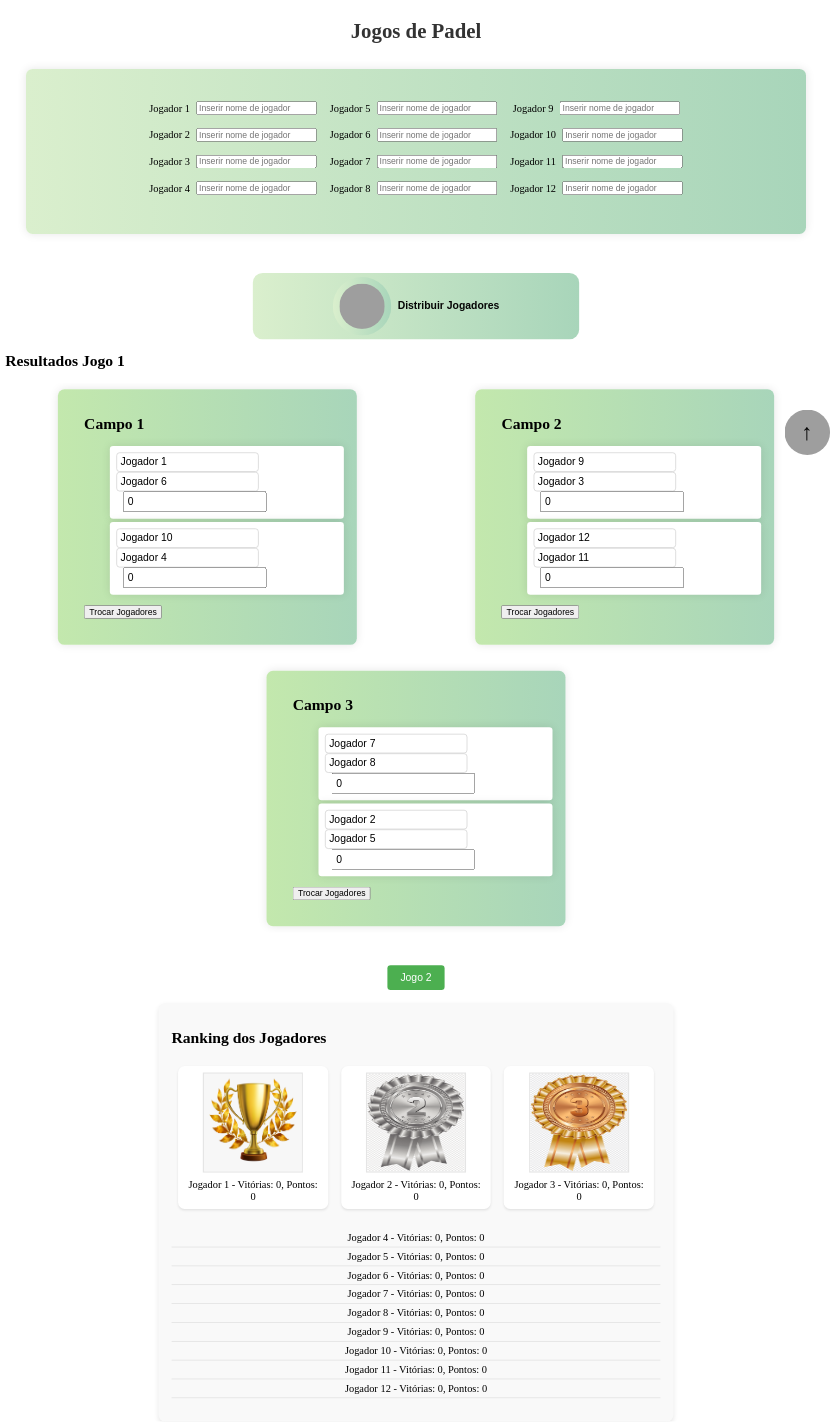
Repository: MarcioMiguel22/PadelMaster
Page: /calculadora, after clicking the first element matching `button.DistributeButton_2b358_distributeButton`
These files come from the project's save history. The page is drawn as it stood at one moment and after the next save; the edit follows.
The browser window is 1280 px wide. The pictures show the whole page, at 65% of full size.
Pictures or frames that could not be fetched are drawn as grey boxes. The project was rebuilt for these pictures with package versions that can differ from the ones it lists, and the page was loaded fresh each time. Also part of the build but not shown: vite.config.ts, src/pages/Home/Home.tsx, src/pages/Player/playerComponent.module.css, src/pages/Player/playerComponent.tsx, src/index.css.

Above is the page before, as saved 2024-06-18 00:59:38.

### src/main.tsx
///home/marciomiguel/code/MarcioMiguel22/Sites/PadelMaster/src/main.tsx
import { render } from 'react-dom';
import { StrictMode } from 'react';
import App from './App';
import './index.css';

const root = document.getElementById('root')!;
render(
  <StrictMode>
    <App />
  </StrictMode>,
  root
);

### src/App.tsx

///home/marciomiguel/code/MarcioMiguel22/Sites/PadelMaster/src/App.tsx

import { BrowserRouter, Routes, Route } from 'react-router-dom';
import Home from './pages/Home/Home';
import Calculadora from './pages/Calculadora/Calculadora';
import PlayerComponent from './pages/Player/playerComponent';
function App() {
  return (
    <BrowserRouter>
      <Routes>
        <Route path="/" element={<Home />} />
        <Route path="/calculadora" element={<Calculadora />} /> // Wrap Calculadora component with curly braces
        <Route path="/player-component" element={<PlayerComponent />} />
      </Routes>
    </BrowserRouter>
  );
}

export default App

### src/pages/Home/Home.module.css
.padelContainer {
  display: flex;
  flex-direction: column;
  align-items: center;
  justify-content: center;
  text-align: center;
  background-color: white;
  padding: 20px;
  border-radius: 10px;
  box-shadow: 0 0 10px rgba(0, 0, 0, 0.1);
  height: 100vh;
}

h1 {
  color: #333;
  margin-bottom: 20px;
}

.content {
  display: flex;
  flex-direction: column;
  align-items: center;
}

.padelImage {
  max-width: 50%;
  width: 1000px; /* Adjust this if necessary */
  height: auto;
  border-radius: 10px;
  margin-bottom: 20px;
  position: relative; /* Add this */
}



.enterButton {
  background-image: url('../../assets/images/tennis-ball.png'); /* Ensure the path is correct */
  background-size: cover;
  width: 60px;
  height: 60px;
  border: none;
  border-radius: 50%;
  cursor: pointer;
}

.enterButton:hover {
  transform: scale(2.0);
}

### src/components/components_calculadora/JogadoresLista.tsx
import React, { useRef } from 'react';
import JogadorItem, { InputRef } from './JogadorItem'; // Importando o JogadorItem e InputRef
import { Jogador } from '../../utils/types/types'; // Importando o tipo Jogador

interface JogadoresListaProps {
  jogadores: Jogador[];
  handleNomeChange: (id: number, novoNome: string) => void;
}

const JogadoresLista: React.FC<JogadoresListaProps> = ({ jogadores, handleNomeChange }) => {
  const inputRefs = useRef<(InputRef | null)[]>([]);

  const focusNextInput = (index: number) => {
    if (index < inputRefs.current.length - 1) {
      inputRefs.current[index + 1]?.focus();
    }
  };

  return (
    <div className="jogadores-lista">
      {Array.from({ length: 3 }, (_, i) => (
        <div className="jogadores-coluna" key={i}>
          {jogadores.slice(i * 4, (i + 1) * 4).map((jogador, jIndex) => (
            <JogadorItem
              key={jogador.id}
              jogador={jogador}
              handleNomeChange={handleNomeChange}
              focusNextInput={() => focusNextInput(i * 4 + jIndex)}
              ref={(el) => (inputRefs.current[i * 4 + jIndex] = el)}
            />
          ))}
        </div>
      ))}
    </div>
  );
};

export default JogadoresLista;

### src/components/components_calculadora/Jogo.tsx
import React from 'react';
import Campo from './Campo';
import { Campo as CampoType } from '../../utils/types/types'; // Importando o tipo Campo corretamente

interface JogoProps {
  jogo: CampoType[]; // Usando o tipo importado para definir a propriedade jogo
  jogoIndex: number;
  handleResultadoChange: (jogoIndex: number, campoId: number, timeIndex: number, novoResultado: number) => void;
  handleNomeEdit: (jogoIndex: number, campoId: number, timeIndex: number, jogadorIndex: number, novoNome: string) => void;
  getTeamClass: (campo: CampoType, timeIndex: number) => string;
  trocarJogadores: (campoId: number) => void; // Adicione a nova propriedade
}

const Jogo: React.FC<JogoProps> = ({ jogo, jogoIndex, handleResultadoChange, handleNomeEdit, getTeamClass, trocarJogadores }) => (
  <div className="jogo">
    <h2>Resultados Jogo {jogoIndex + 1}</h2>
    <div className="campos">
      {jogo.map(campo => (
        <Campo
          key={campo.id}
          campo={campo}
          jogoIndex={jogoIndex}
          handleResultadoChange={handleResultadoChange}
          handleNomeEdit={handleNomeEdit}
          getTeamClass={getTeamClass}
          trocarJogadores={trocarJogadores} // Passe a propriedade para o Campo
        />
      ))}
    </div>
  </div>
);

export default Jogo;

### src/components/components_calculadora/Ranking.tsx
import React from 'react';
import ouro from '../../assets/images/ouro.png';
import prata from '../../assets/images/prata.png';
import bronze from '../../assets/images/bronze.png';
import styles from './Ranking.module.css';

interface Jogador {
  id: number;
  nome: string;
  vitorias: number;
  pontos: number;
}

interface RankingProps {
  jogadoresClassificados: Jogador[];
}

const Ranking: React.FC<RankingProps> = ({ jogadoresClassificados }) => {
  const top3 = jogadoresClassificados.slice(0, 3);
  const outrosJogadores = jogadoresClassificados.slice(3);

  const medalhas = [ouro, prata, bronze];

  return (
    <div className={styles.rankingContainer}>
      <h2>Ranking dos Jogadores</h2>
      <div className={styles.top3Container}>
        {top3.map((jogador, index) => (
          <div key={jogador.id} className={styles.top3Item}>
            <img src={medalhas[index]} alt={`Medalha de ${index + 1}`} className={styles.medalha} />
            {jogador.nome} - Vitórias: {jogador.vitorias}, Pontos: {jogador.pontos}
          </div>
        ))}
      </div>
      <ul className={styles.outrosJogadores}>
        {outrosJogadores.map((jogador) => (
          <li key={jogador.id}>
            {jogador.nome} - Vitórias: {jogador.vitorias}, Pontos: {jogador.pontos}
          </li>
        ))}
      </ul>
    </div>
  );
};

export default Ranking;

### src/components/components_calculadora/logic/gameLogic.ts
import { Jogador, Campo as CampoType } from '../../../utils/types/types';

export const separarDuplas = (jogadores: Jogador[]): Jogador[] => {
  const separados: Jogador[] = [];
  while (jogadores.length) {
    const [jogador1, jogador2] = jogadores.splice(0, 2);
    separados.push(jogador1);
    if (jogador2) separados.push(jogador2);
  }
  return separados;
};

export const iniciarProximoJogo = (jogos: CampoType[][], setJogos: React.Dispatch<React.SetStateAction<CampoType[][]>>) => {
  const ultimoJogo = jogos[jogos.length - 1];
  const novosCampos: CampoType[] = [
    { id: 1, times: [] },
    { id: 2, times: [] },
    { id: 3, times: [] },
  ];

  const campo1 = ultimoJogo.find(campo => campo.id === 1);
  const campo2 = ultimoJogo.find(campo => campo.id === 2);
  const campo3 = ultimoJogo.find(campo => campo.id === 3);

  if (campo1 && campo2 && campo3) {
    const [time1Campo1, time2Campo1] = campo1.times;
    const [time1Campo2, time2Campo2] = campo2.times;
    const [time1Campo3, time2Campo3] = campo3.times;

    // Vencedores e perdedores dos campos
    const vencedoresCampo1 = time1Campo1.resultado > time2Campo1.resultado ? time1Campo1.jogadores : time2Campo1.jogadores;
    const perdedoresCampo1 = time1Campo1.resultado > time2Campo1.resultado ? time2Campo1.jogadores : time1Campo1.jogadores;

    const vencedoresCampo2 = time1Campo2.resultado > time2Campo2.resultado ? time1Campo2.jogadores : time2Campo2.jogadores;
    const perdedoresCampo2 = time1Campo2.resultado > time2Campo2.resultado ? time2Campo2.jogadores : time1Campo2.jogadores;

    const vencedoresCampo3 = time1Campo3.resultado > time2Campo3.resultado ? time1Campo3.jogadores : time2Campo3.jogadores;
    const perdedoresCampo3 = time1Campo3.resultado > time2Campo3.resultado ? time2Campo3.jogadores : time1Campo3.jogadores;

    // Atualizar pontuação dos jogadores
    const margemVitoriaCampo1 = Math.abs(time1Campo1.resultado - time2Campo1.resultado);
    const margemVitoriaCampo2 = Math.abs(time1Campo2.resultado - time2Campo2.resultado);
    const margemVitoriaCampo3 = Math.abs(time1Campo3.resultado - time2Campo3.resultado);

    vencedoresCampo1.forEach(jogador => {
      jogador.vitorias += 1;
      jogador.pontos += margemVitoriaCampo1;
    });

    vencedoresCampo2.forEach(jogador => {
      jogador.vitorias += 1;
      jogador.pontos += margemVitoriaCampo2;
    });

    vencedoresCampo3.forEach(jogador => {
      jogador.vitorias += 1;
      jogador.pontos += margemVitoriaCampo3;
    });

    // Campo 1: vencedores do campo 1 e vencedores do campo 2
    novosCampos[0].times.push(
      { jogadores: [vencedoresCampo1[0], vencedoresCampo2[0]], resultado: 0 },
      { jogadores: [vencedoresCampo1[1], vencedoresCampo2[1]], resultado: 0 }
    );

    // Campo 2: perdedores do campo 1 e vencedores do campo 3
    novosCampos[1].times.push(
      { jogadores: [perdedoresCampo1[0], vencedoresCampo3[0]], resultado: 0 },
      { jogadores: [perdedoresCampo1[1], vencedoresCampo3[1]], resultado: 0 }
    );

    // Campo 3: perdedores do campo 2 e perdedores do campo 3
    novosCampos[2].times.push(
      { jogadores: [perdedoresCampo2[0], perdedoresCampo3[0]], resultado: 0 },
      { jogadores: [perdedoresCampo2[1], perdedoresCampo3[1]], resultado: 0 }
    );
  }

  setJogos([...jogos, novosCampos]);
};

### src/components/components_calculadora/ScrollToTopButton.tsx
import React from 'react';
import tennisBall from '../../assets/images/tennis-ball.png';
import styles from './ScrollToTopButton.module.css'; // Importando o arquivo CSS Module

const ScrollToTopButton: React.FC<{ onClick: () => void }> = ({ onClick }) => {
  return (
    <button onClick={onClick} className={styles.scrollToTop}>
      <img src={tennisBall} alt="Tennis Ball" className={styles.tennisBall} />
      <span className={styles.arrowUp}>↑</span>
    </button>
  );
};

export default ScrollToTopButton;

### src/components/components_calculadora/DistributeButton.tsx
import React from 'react';
import tennisBall from '../../assets/images/tennis-ball.png';
import styles from './DistributeButton.module.css'; // Importando o arquivo CSS Module

const DistributeButton: React.FC<{ onClick: () => void }> = ({ onClick }) => {
  return (
    <div className={styles.container}>
      <button onClick={onClick} className={styles.distributeButton}>
        <img src={tennisBall} alt="Tennis Ball" className={styles.tennisBall} />
        <span className={styles.label}>Distribuir Jogadores</span>
      </button>
    </div>
  );
};

export default DistributeButton;

### src/components/components_calculadora/JogadorItem.tsx
import React, { useState, useEffect, useRef, forwardRef, useImperativeHandle } from 'react';
import { Jogador } from '../../utils/types/types'; // Importando o tipo Jogador

interface JogadorItemProps {
  jogador: Jogador;
  handleNomeChange: (id: number, novoNome: string) => void;
  focusNextInput: () => void;
}

export interface InputRef {
  focus: () => void;
}

const JogadorItem = forwardRef<InputRef, JogadorItemProps>(({ jogador, handleNomeChange, focusNextInput }, ref) => {
  const [nome, setNome] = useState('');
  const inputRef = useRef<HTMLInputElement>(null);

  useImperativeHandle(ref, () => ({
    focus: () => {
      inputRef.current?.focus();
    }
  }));

  useEffect(() => {
    // Set the initial value for the input
    setNome(jogador.nome === `Jogador ${jogador.id}` ? '' : jogador.nome);
  }, [jogador.nome, jogador.id]);

  const handleBlur = () => {
    if (nome.trim() === '') {
      handleNomeChange(jogador.id, `Jogador ${jogador.id}`);
      setNome('');
    } else {
      handleNomeChange(jogador.id, nome);
    }
  };

  const handleKeyDown = (e: React.KeyboardEvent) => {
    if (e.key === 'Enter') {
      focusNextInput();
    }
  };

  return (
    <div className="jogador-item">
      <label>{`Jogador ${jogador.id}`}</label>
      <input
        ref={inputRef}
        type="text"
        value={nome}
        onChange={(e) => setNome(e.target.value)}
        onBlur={handleBlur}
        onKeyDown={handleKeyDown}
        placeholder="Inserir nome de jogador"
      />
    </div>
  );
});

JogadorItem.displayName = "JogadorItem";

export default JogadorItem;

### src/components/components_calculadora/Campo.tsx
import React from 'react';
import { Campo as CampoType, Time, Jogador } from '../../utils/types/types';

interface CampoProps {
  campo: CampoType;
  jogoIndex: number;
  handleResultadoChange: (jogoIndex: number, campoId: number, timeIndex: number, novoResultado: number) => void;
  handleNomeEdit: (jogoIndex: number, campoId: number, timeIndex: number, jogadorIndex: number, novoNome: string) => void;
  getTeamClass: (campo: CampoType, timeIndex: number) => string;
  trocarJogadores: (campoId: number) => void;
}

const Campo: React.FC<CampoProps> = ({ campo, jogoIndex, handleResultadoChange, handleNomeEdit, getTeamClass, trocarJogadores }) => (
  <div className="field">
    <h2>Campo {campo.id}</h2>
    <ul>
      {campo.times.map((time: Time, idx: number) => (
        <li key={idx} className={getTeamClass(campo, idx)}>
          <div>
            {time.jogadores.map((jogador: Jogador, jogadorIndex: number) => (
              <span key={jogador.id}>
                <input
                  type="text"
                  value={jogador.nome}
                  onChange={(e) => handleNomeEdit(jogoIndex, campo.id, idx, jogadorIndex, e.target.value)}
                  className="jogador-input"
                />
                {jogadorIndex === 0 ? '  ' : ''}
              </span>
            ))}
            <input
              type="number"
              value={time.resultado}
              onChange={(e) => handleResultadoChange(jogoIndex, campo.id, idx, parseInt(e.target.value))}
              className="resultado-input"
            />
          </div>
        </li>
      ))}
    </ul>
    <button onClick={() => trocarJogadores(campo.id)} className="trocar-jogadores-button">Trocar Jogadores</button>
  </div>
);

export default Campo;

### src/components/components_calculadora/Ranking.module.css
.rankingContainer {
  padding: 20px;
  background-color: #f9f9f9;
  border-radius: 10px;
  box-shadow: 0 4px 8px rgba(0, 0, 0, 0.1);
}

.top3Container {
  display: flex;
  justify-content: space-around;
  margin-bottom: 20px;
  flex-wrap: wrap; /* Ensure items wrap in smaller screens */
}

.top3Item {
  display: flex;
  flex-direction: column;
  align-items: center;
  padding: 10px;
  background-color: #ffffff;
  border-radius: 10px;
  box-shadow: 0 2px 4px rgba(0, 0, 0, 0.1);
  text-align: center;
  margin: 10px; /* Added margin to ensure spacing between items */
  flex-basis: calc(33.33% - 20px); /* Ensure items take equal width, minus margins */
  box-sizing: border-box; /* Ensure padding is included in the element's width */
}

.medalha {
  width: 150px;
  height: 150px;
  margin-bottom: 10px;
  transition: transform 0.3s ease-in-out;
  object-fit: initial;
  background-color: transparent; /* Certifique-se de que o fundo é transparente */
  border: 2px solid rgba(0, 0, 0, 0.1); /* Adicione uma borda leve para verificar a transparência */
}


.medalha:hover {
  transform: scale(8);
  animation: pulse 1s infinite;
}

@keyframes pulse {
  0% {
    transform: scale(1.2);
  }
  50% {
    transform: scale(1.25);
  }
  100% {
    transform: scale(1.2);
  }
}

.outrosJogadores {
  list-style-type: none;
  padding: 0;
}

.outrosJogadores li {
  padding: 5px 0;
  border-bottom: 1px solid #ddd;
  text-align: center;
}

/* Media Queries for Smaller Screens */
@media screen and (max-width: 767px) {
  .top3Item {
    flex-basis: 25%; /* Two items per row on smaller screens */
  }
}

@media screen and (max-width: 479px) {
  .top3Item {
    flex-basis: 25%; /* One item per row on the smallest screens */
  }
}

### src/components/components_calculadora/ScrollToTopButton.module.css
.scrollToTop {
  position: fixed;
  bottom: 20px;
  left: 97%;
  transform: translateX(-50%);
  width: 70px;
  height: 70px;
  border: none;
  background: none;
  cursor: pointer;
  display: flex;
  align-items: center;
  justify-content: center;
}

.tennisBall {
  width: 100%;
  height: 100%;
  position: absolute;
  border-radius: 50%; /* Para garantir que o fundo se ajuste à forma da bola */
}

.arrowUp {
  position: absolute;
  font-size: 35px;
  color: rgb(5, 5, 5);
  font-weight: bold;
  z-index: 1;
}
@media (max-width: 768px) {
  .scrollToTop {
    display: none;
  }
}

### src/components/components_calculadora/DistributeButton.module.css
.container {
  width: 500px;
  height: 100px;
  background: linear-gradient(to right, #daefcd, #a8d5ba);
  padding: 1px;
  border-radius: 15px;
  display: flex;
  justify-content: center;
  align-items: center;
  margin-top: 20px;
}

.distributeButton {
  position: relative; /* Ajuste a posição conforme necessário */
  width: auto;
  height: 70px;
  border: none;
  background: none;
  cursor: pointer;
  display: flex;
  align-items: center;
  justify-content: center;
  flex-direction: row; /* Altera para linha */
}

.tennisBall {
  width: 70px;
  height: 70px;
  background: linear-gradient(to right, #daefcd, #a8d5ba); /* Adiciona fundo à imagem */
  border-radius: 50%; /* Para garantir que o fundo se ajuste à forma da bola */
  padding: 10px; /* Ajuste o padding conforme necessário */
}

.label {
  font-size: 16px;
  color: rgb(5, 5, 5);
  font-weight: bold;
  margin-left: 10px; /* Espaço entre a bola e o texto */
}

Loaded but not shown: index.html (common file); src/pages/Calculadora/Calculadora.tsx (187 lines, source omitted); src/pages/Calculadora/Calculadora.css (248 lines, source omitted)

After the next save:
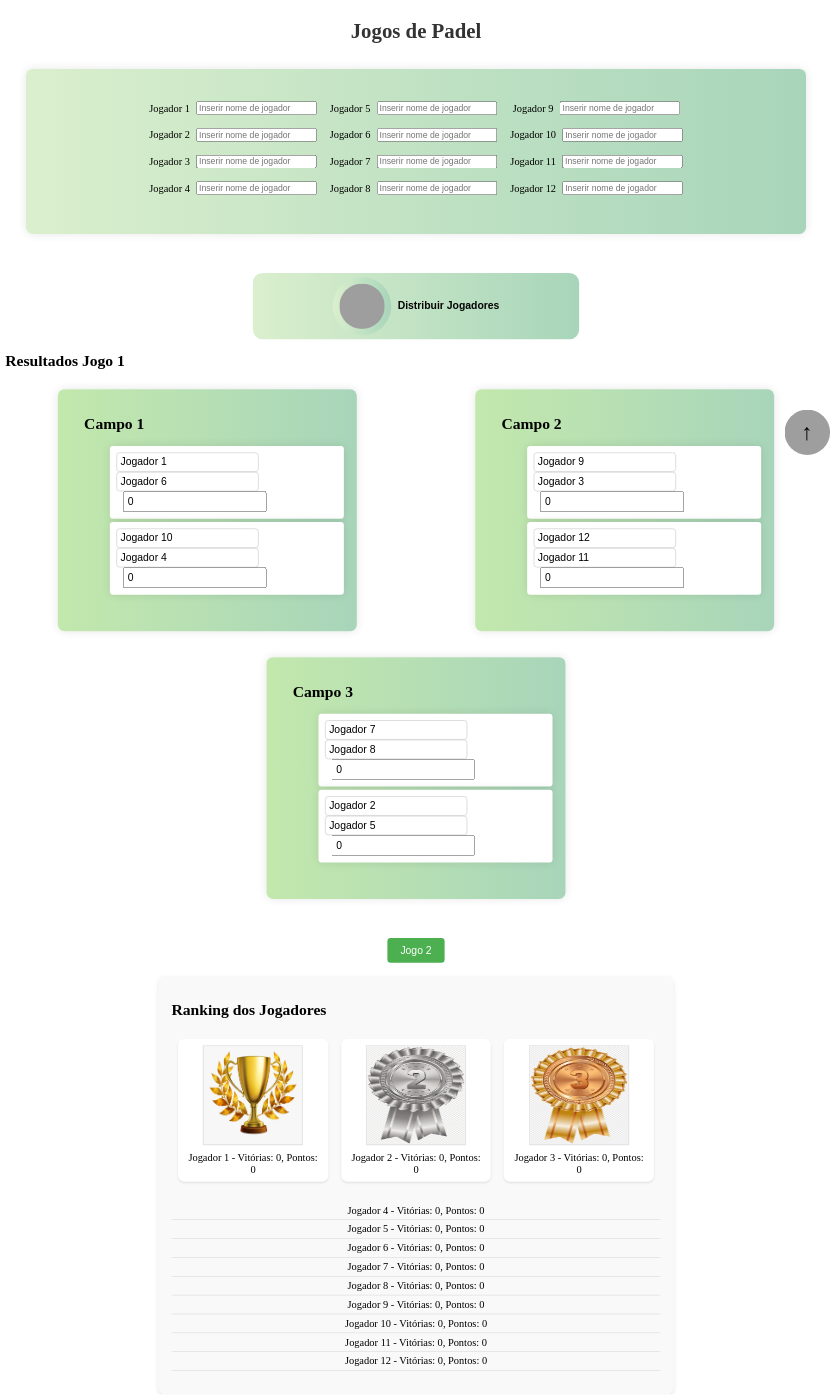
Saved 11 min 9 s later.
--- a/src/components/components_calculadora/Campo.tsx
+++ b/src/components/components_calculadora/Campo.tsx
@@ -7,7 +7,7 @@ interface CampoProps {
   handleResultadoChange: (jogoIndex: number, campoId: number, timeIndex: number, novoResultado: number) => void;
   handleNomeEdit: (jogoIndex: number, campoId: number, timeIndex: number, jogadorIndex: number, novoNome: string) => void;
   getTeamClass: (campo: CampoType, timeIndex: number) => string;
-  trocarJogadores: (campoId: number) => void;
+  trocarJogadores: (campoId: number, jogadoresAtuais: Jogador[]) => void; // Adicionando a prop trocarJogadores
 }
 
 const Campo: React.FC<CampoProps> = ({ campo, jogoIndex, handleResultadoChange, handleNomeEdit, getTeamClass, trocarJogadores }) => (
@@ -38,7 +38,11 @@ const Campo: React.FC<CampoProps> = ({ campo, jogoIndex, handleResultadoChange,
         </li>
       ))}
     </ul>
-    <button onClick={() => trocarJogadores(campo.id)} className="trocar-jogadores-button">Trocar Jogadores</button>
+    {jogoIndex > 0 && (
+      <button onClick={() => trocarJogadores(campo.id, campo.times.flatMap(time => time.jogadores))} className="trocar-jogadores-button">
+        Trocar Jogadores
+      </button>
+    )}
   </div>
 );
 
